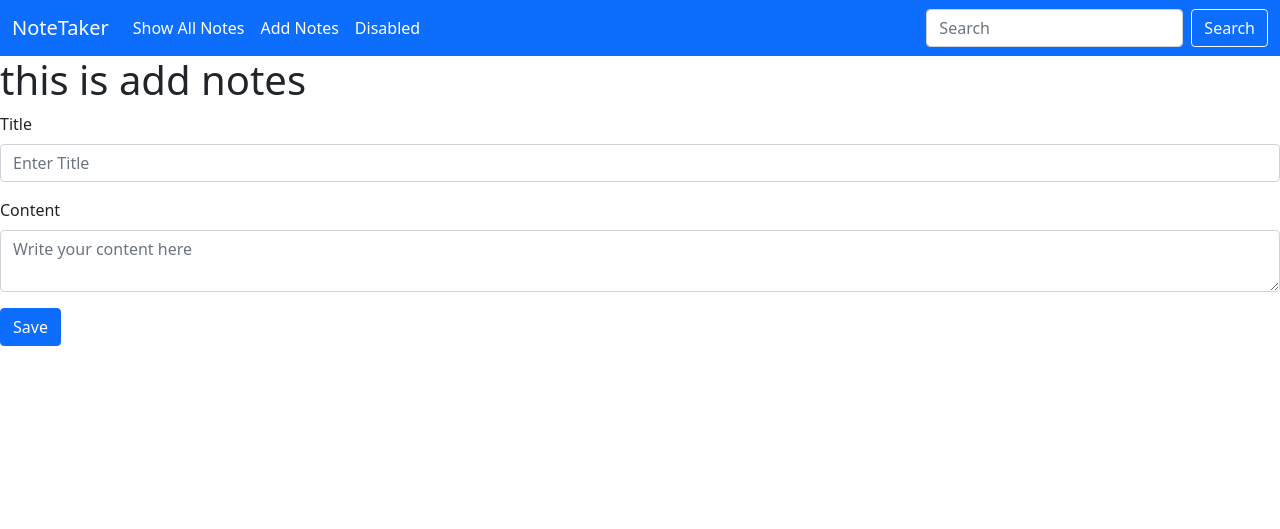
Repository: Shubham-Kumar-cmd/Hibernate
Page: http://localhost/NoteTakerApp/addNotes.jsp
An editor plug-in stored every save of this project. The page is shown before and after the next save, followed by the edit.
The browser window is 1280 px wide. The pictures show the whole page.
The page is served by Tomcat 9.

Above is the page before, as saved 2023-02-07 13:12:56.

After the next save:
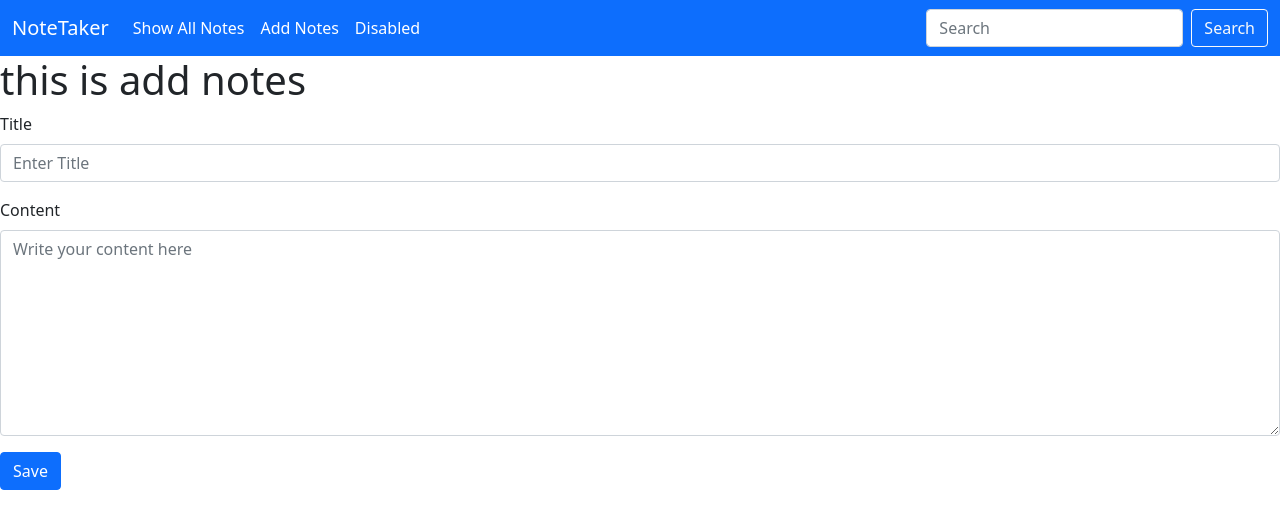
Saved 26 s later.
--- a/NoteTakerApp/src/main/webapp/addNotes.jsp
+++ b/NoteTakerApp/src/main/webapp/addNotes.jsp
@@ -33,6 +33,7 @@
 			<textarea class="form-control"
 			id="content"
 			name="content"
+			rows="8"
 			aria-describedby="emailHelp"
 			placeholder="Write your content here"
 			required></textarea>
